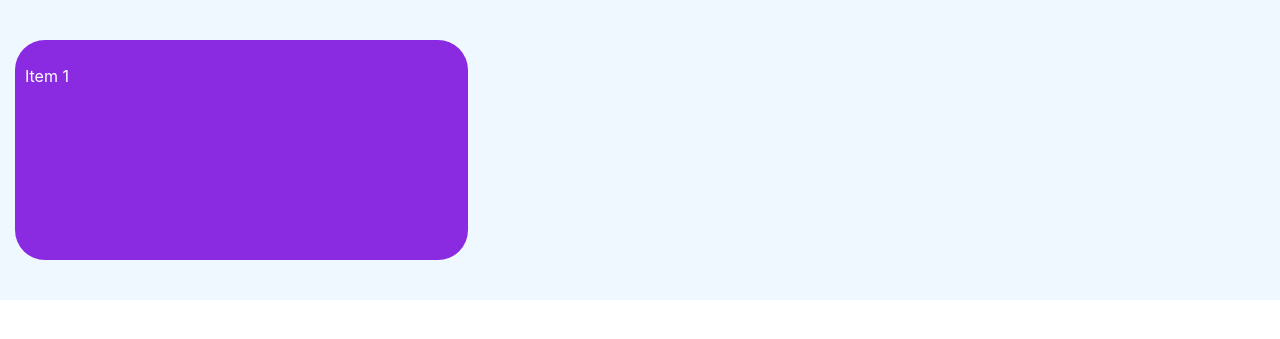
Repository: thai-shriya/anxiety-tracker
Page: /
The author's editor kept a copy of each file at every save. The page is drawn from the files as they stood at one save, then again after the next save.
The browser window is 1280 px wide. The pictures show the whole page.
The project was rebuilt for these pictures with package versions that can differ from the ones it lists, and the page was loaded fresh each time.

Above is the page before, as saved 2024-04-23 01:34:10.

### src/App.js
import { useState } from 'react';
import './App.css';

function App() {
  const [isFlipped, setIsFlipped] = useState(false);

  const handleClick = () => {
    setIsFlipped(!isFlipped);
  };

  return (
    <div className='grid-container'>
      <div className='flex-card'>
        <p>Item 1</p>
      </div>

    </div>

  );
}

export default App;

### src/App.css
.grid-container{
  display: grid;
  grid-template-columns: auto auto auto;
  grid-template-rows: auto;
  column-gap: 10px;
  row-gap: 15px;
  background-color:aliceblue
}

.flex-card{
  padding: 10px;
  border: 1px red;
  background-color:blueviolet;
  margin: 40px 15px 40px 15px;
  height: 200px;
  border-radius: 30px;
  perspective: 800px;
  justify-content: center;
}

.flex-card p{
  color: white;
}

Loaded but not shown: public/index.html (common file); src/index.js (common file); src/index.css (common file); src/reportWebVitals.js (common file)

After the next save:
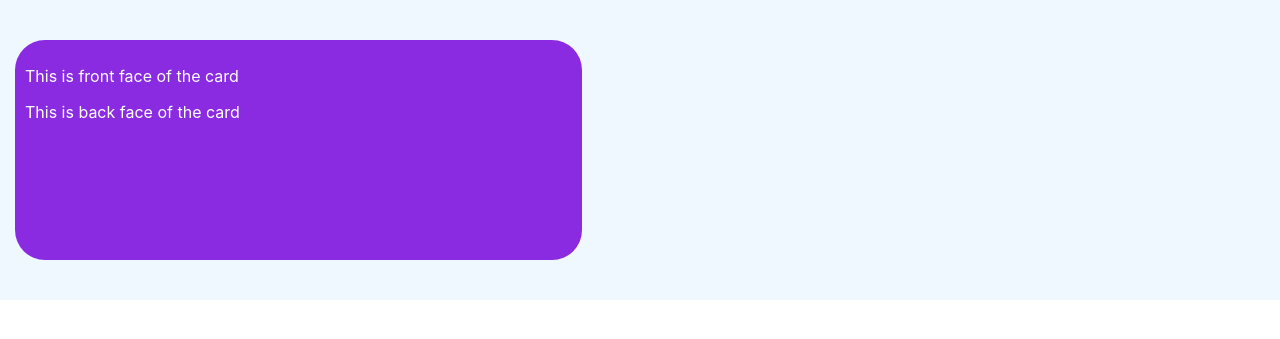
Saved 3 min 28 s later.
--- a/src/App.js
+++ b/src/App.js
@@ -10,8 +10,13 @@ function App() {
 
   return (
     <div className='grid-container'>
-      <div className='flex-card'>
-        <p>Item 1</p>
+      <div className={`flex-card ${isFlipped ? 'flipped':''}`} onClick={handleClick}>
+        <div className='front-flex-card'>
+          <p>This is front face of the card</p>
+        </div>
+        <div className='back-flex-card'>
+          <p>This is back face of the card</p>
+        </div>
       </div>
 
     </div>
